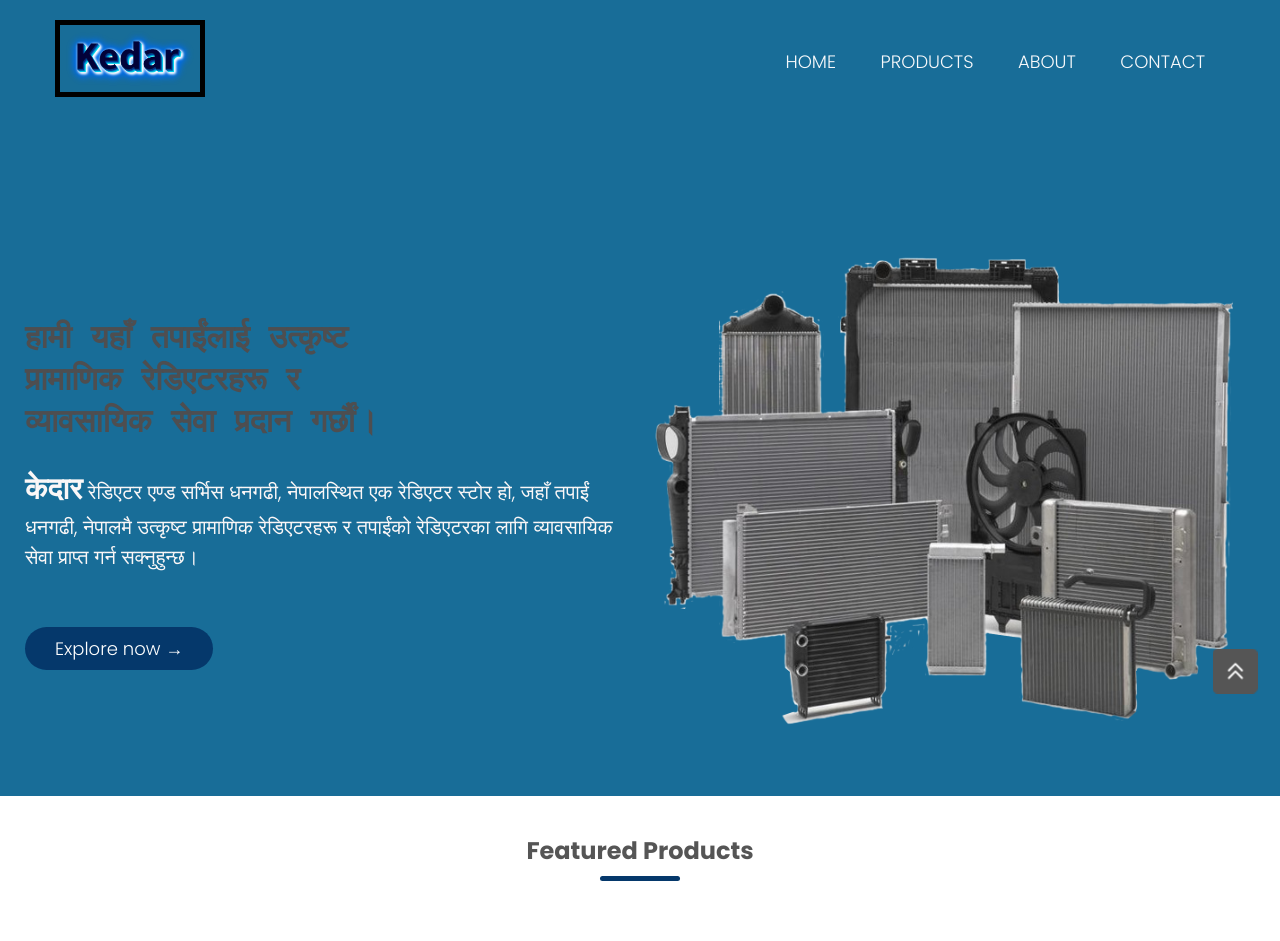
Repository: shyamchand-git/KedarRadiator
Page: index.html
The author's editor kept a copy of each file at every save. The page is drawn from the files as they stood at one save, then again after the next save.
The browser window is 1280 px wide. The pictures show the part of the page from y = 0 to 941 px (the page is 2957 px tall before and 2962 px after).
A picture or video elsewhere on the page could not be fetched, so the positions and the page height are approximate.

Above is the page before, as saved 2026-02-22 13:27:35.

After the next save:
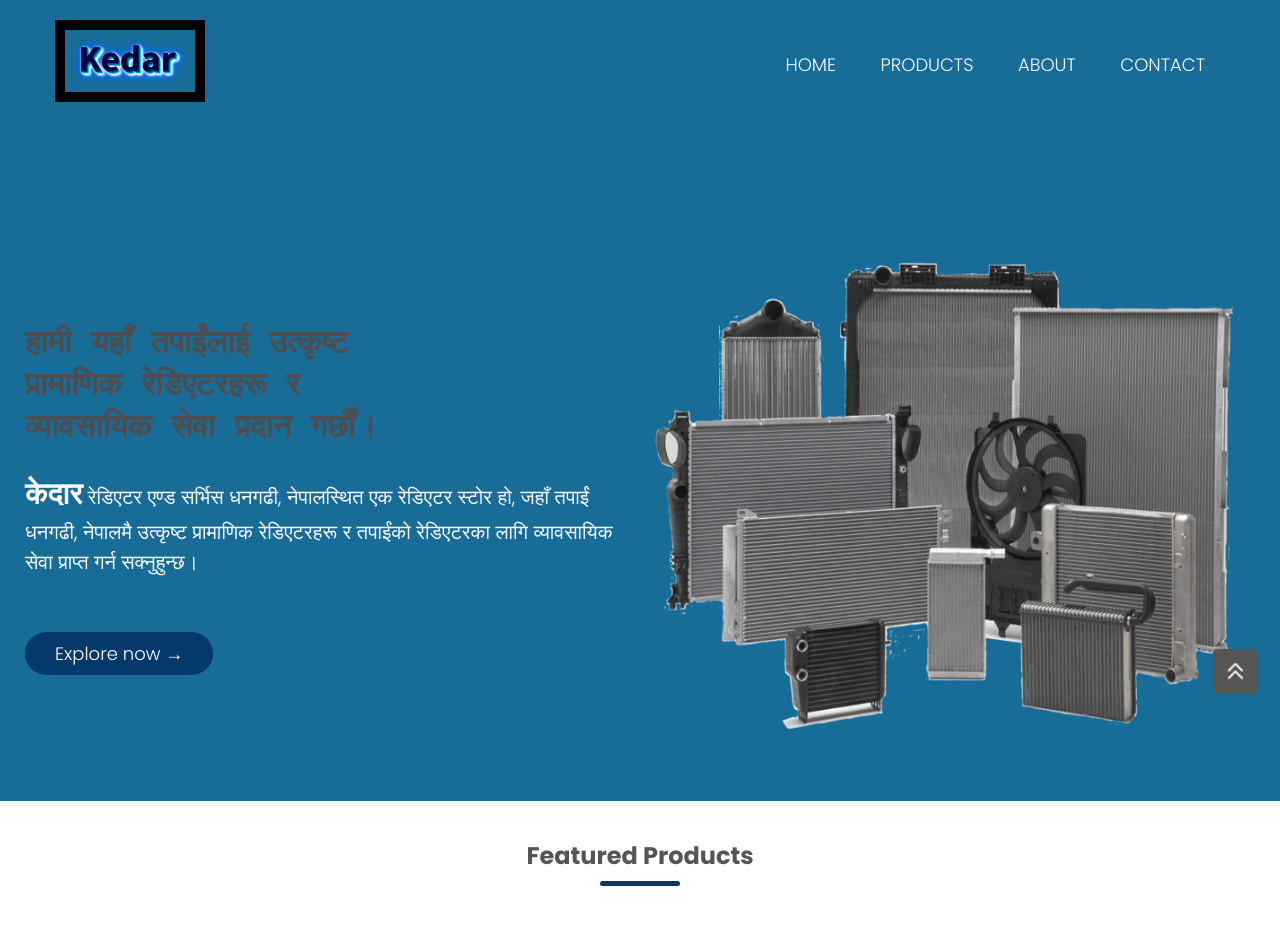
Saved 17 s later.
--- a/index.html
+++ b/index.html
@@ -238,7 +238,7 @@
                 <div class="naVbar ">
                     <div class="logo">
                         <a href="index.html"> <img src="images/kedar-logo.png" alt="Kedar Rediator"
-                                width="150px" style="border: 5px solid black;"> </a>
+                                width="150px" style="border: 10px solid black;"> </a>
 
                     </div>
                     <nav>
